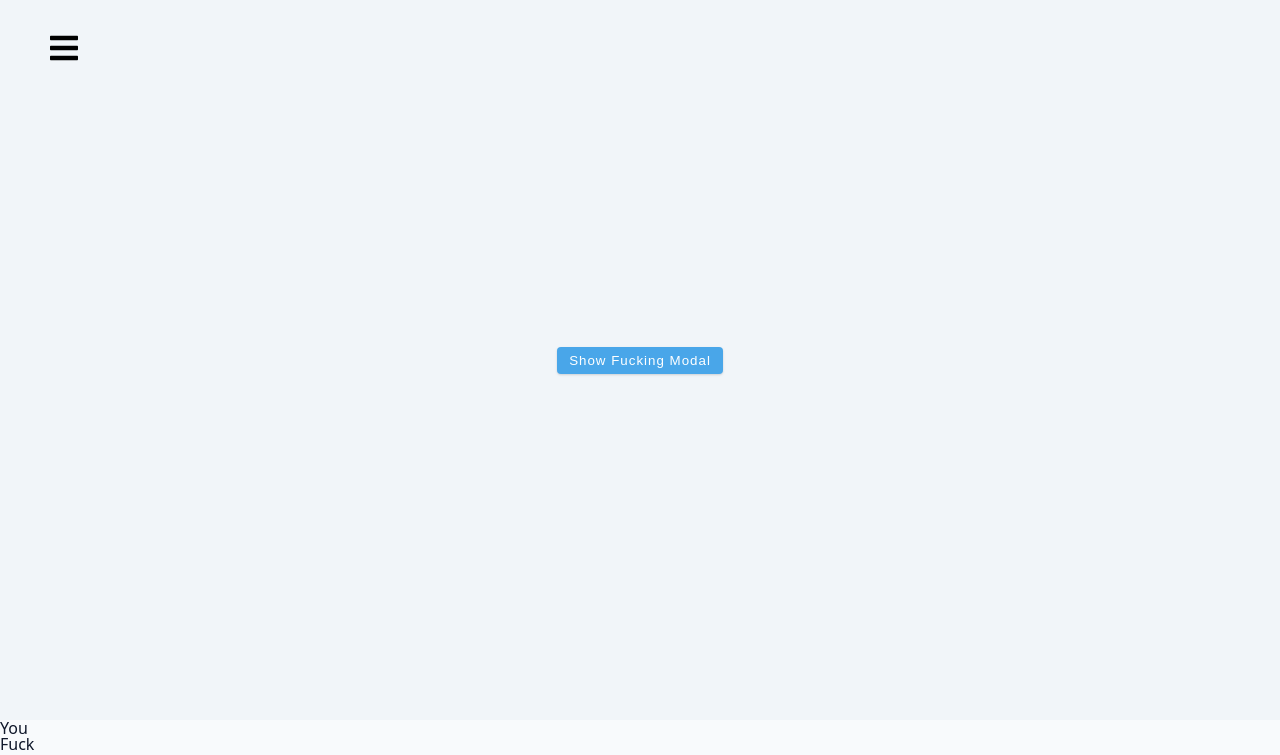
Repository: Maryie-B/React-Practice-Projects
Page: / (app in Sidebar/)
These files come from the project's save history. The page is drawn as it stood at one moment and after the next save; the edit follows.
The browser window is 1280 px wide. The pictures show the whole page.
The project was rebuilt for these pictures with package versions that can differ from the ones it lists, and the page was loaded fresh each time. Also part of the build but not shown: Sidebar/vite.config.js.

Above is the page before, as saved 2023-06-13 10:59:03.

### Sidebar/src/main.jsx
import React from 'react';
import ReactDOM from 'react-dom/client';
import App from './App';
import './index.css';
import { AppProvider } from './Context';

ReactDOM.createRoot(document.getElementById('root')).render(
  <React.StrictMode>
    <AppProvider>
      <App />
    </AppProvider>
  </React.StrictMode>
);

### Sidebar/src/App.jsx
import Home from "./Home";
import Sidebar from "./Sidebar";
import Modal from "./Modal";

const App = () => {
  return <>
    <Home />
    <Sidebar />
    <Modal />
  </>;
};
export default App;

### Sidebar/src/index.css
/* ============= GLOBAL CSS =============== */

*,
::after,
::before {
  margin: 0;
  padding: 0;
  box-sizing: border-box;
}

html {
  font-size: 100%;
} /*16px*/

:root {
  /* colors */
  --primary-100: #c5e5fc;
  --primary-200: #a5d5f8;
  --primary-300: #8bcbf9;
  --primary-400: #6ebef7;
  --primary-500: #49a6e9;
  --primary-600: #2d87c8;
  --primary-700: #1a6aa2;
  --primary-800: #104e7a;
  --primary-900: #063251;

  /* grey */
  --grey-50: #f8fafc;
  --grey-100: #f1f5f9;
  --grey-200: #e2e8f0;
  --grey-300: #cbd5e1;
  --grey-400: #94a3b8;
  --grey-500: #64748b;
  --grey-600: #475569;
  --grey-700: #334155;
  --grey-800: #1e293b;
  --grey-900: #0f172a;
  /* rest of the colors */
  --black: #222;
  --white: #fff;
  --red-light: #f8d7da;
  --red-dark: #842029;
  --green-light: #d1e7dd;
  --green-dark: #0f5132;

  --small-text: 0.875rem;
  --extra-small-text: 0.7em;
  /* rest of the vars */
  --backgroundColor: var(--grey-50);
  --textColor: var(--grey-900);
  --borderRadius: 0.25rem;
  --letterSpacing: 1px;
  --transition: 0.3s ease-in-out all;
  --max-width: 1120px;
  --fixed-width: 600px;

  /* box shadow*/
  --shadow-1: 0 1px 3px 0 rgba(0, 0, 0, 0.1), 0 1px 2px 0 rgba(0, 0, 0, 0.06);
  --shadow-2: 0 4px 6px -1px rgba(0, 0, 0, 0.1),
    0 2px 4px -1px rgba(0, 0, 0, 0.06);
  --shadow-3: 0 10px 15px -3px rgba(0, 0, 0, 0.1),
    0 4px 6px -2px rgba(0, 0, 0, 0.05);
  --shadow-4: 0 20px 25px -5px rgba(0, 0, 0, 0.1),
    0 10px 10px -5px rgba(0, 0, 0, 0.04);
}

body {
  background: var(--backgroundColor);
  font-family: system-ui, -apple-system, BlinkMacSystemFont, 'Segoe UI', Roboto,
    Oxygen, Ubuntu, Cantarell, 'Open Sans', 'Helvetica Neue', sans-serif;
  font-weight: 400;
  line-height: 1;
  color: var(--textColor);
}
p {
  margin: 0;
}
h1,
h2,
h3,
h4,
h5 {
  margin: 0;
  font-family: var(--headingFont);
  font-weight: 400;
  line-height: 1;
  text-transform: capitalize;
  letter-spacing: var(--letterSpacing);
}

h1 {
  font-size: 3.052rem;
}

h2 {
  font-size: 2.441rem;
}

h3 {
  font-size: 1.953rem;
}

h4 {
  font-size: 1.563rem;
}

h5 {
  font-size: 1.25rem;
}

.text {
  margin-bottom: 1.5rem;
  max-width: 40em;
}

small,
.text-small {
  font-size: var(--small-text);
}

a {
  text-decoration: none;
}
ul {
  list-style-type: none;
  padding: 0;
}

.img {
  width: 100%;
  display: block;
  object-fit: cover;
}
/* buttons */

.btn {
  cursor: pointer;
  color: var(--white);
  background: var(--primary-500);
  border: transparent;
  border-radius: var(--borderRadius);
  letter-spacing: var(--letterSpacing);
  padding: 0.375rem 0.75rem;
  box-shadow: var(--shadow-1);
  transition: var(--transition);
  text-transform: capitalize;
  display: inline-block;
}
.btn:hover {
  background: var(--primary-700);
  box-shadow: var(--shadow-3);
}
.btn-hipster {
  color: var(--primary-500);
  background: var(--primary-200);
}
.btn-hipster:hover {
  color: var(--primary-200);
  background: var(--primary-700);
}
.btn-block {
  width: 100%;
}

/* alerts */
.alert {
  padding: 0.375rem 0.75rem;
  margin-bottom: 1rem;
  border-color: transparent;
  border-radius: var(--borderRadius);
}

.alert-danger {
  color: var(--red-dark);
  background: var(--red-light);
}
.alert-success {
  color: var(--green-dark);
  background: var(--green-light);
}
/* form */

.form {
  width: 90vw;
  max-width: var(--fixed-width);
  background: var(--white);
  border-radius: var(--borderRadius);
  box-shadow: var(--shadow-2);
  padding: 2rem 2.5rem;
  margin: 3rem auto;
}
.form-label {
  display: block;
  font-size: var(--small-text);
  margin-bottom: 0.5rem;
  text-transform: capitalize;
  letter-spacing: var(--letterSpacing);
}
.form-input,
.form-textarea {
  width: 100%;
  padding: 0.375rem 0.75rem;
  border-radius: var(--borderRadius);
  background: var(--backgroundColor);
  border: 1px solid var(--grey-200);
}

.form-row {
  margin-bottom: 1rem;
}

.form-textarea {
  height: 7rem;
}
::placeholder {
  font-family: inherit;
  color: var(--grey-400);
}
.form-alert {
  color: var(--red-dark);
  letter-spacing: var(--letterSpacing);
  text-transform: capitalize;
}
/* alert */

@keyframes spinner {
  to {
    transform: rotate(360deg);
  }
}

.loading {
  width: 6rem;
  height: 6rem;
  border: 5px solid var(--grey-400);
  border-radius: 50%;
  border-top-color: var(--primary-500);
  animation: spinner 0.6s linear infinite;
  margin: 0 auto;
}

/* title */

.title {
  text-align: center;
}

.title-underline {
  background: var(--primary-500);
  width: 7rem;
  height: 0.25rem;
  margin: 0 auto;
  margin-top: 1rem;
}
/*
===============
Project CSS
===============
*/

main {
  min-height: 100vh;
  display: flex;
  justify-content: center;
  align-items: center;
  background: var(--grey-100);
}

.sidebar-toggle {
  position: fixed;
  top: 2rem;
  left: 3rem;
  font-size: 2rem;
  background: transparent;
  border: transparent;
}

### Sidebar/src/Context.jsx
import { createContext, useState, useContext} from "react";

const AppContext = createContext();

export const AppProvider = ({children}) => {
    const [isSidebarOpen, setIsSidebarOpen] = useState(false);
    const [isModalOpen, setIsModalOpen] = useState(false);

    const openSidebar = () => {
        setIsSidebarOpen(true);
    };
    const closeSidebar = () => {
        setIsSidebarOpen(false);
    };
    const openModal = () => {
        setIsModalOpen(true);
    };
    const closeModal = () => {
        setIsModalOpen(false);
    };

    return (
        <AppContext.Provider value={{isSidebarOpen, isModalOpen, openSidebar, openModal, closeSidebar, closeModal}}>
            {children}
        </AppContext.Provider>
    );
};

export const useGlobalContext = () => {
    return useContext(AppContext);
};

### Sidebar/src/Home.jsx
import React from 'react'
import { useGlobalContext } from './Context'
import { FaBars} from 'react-icons/fa';

const Home = () => {
    const { openSidebar, openModal } = useGlobalContext();
    console.log(openSidebar);
  return (
    <main>
      <button className="sidebar-toggle" onClick={openSidebar}>
        <FaBars />
      </button>
      <button className="btn"onClick={openModal}>
        Show Fucking Modal
      </button>
    </main>
  )
}

export default Home

### Sidebar/src/Sidebar.jsx
import React from 'react'

const Sidebar = () => {
  return (
    <div>
      You
    </div>
  )
}

export default Sidebar

### Sidebar/src/Modal.jsx
import React from 'react'

const Modal = () => {
  return (
    <div>
      Fuck
    </div>
  )
}

export default Modal

Loaded but not shown: Sidebar/index.html (common file)

After the next save:
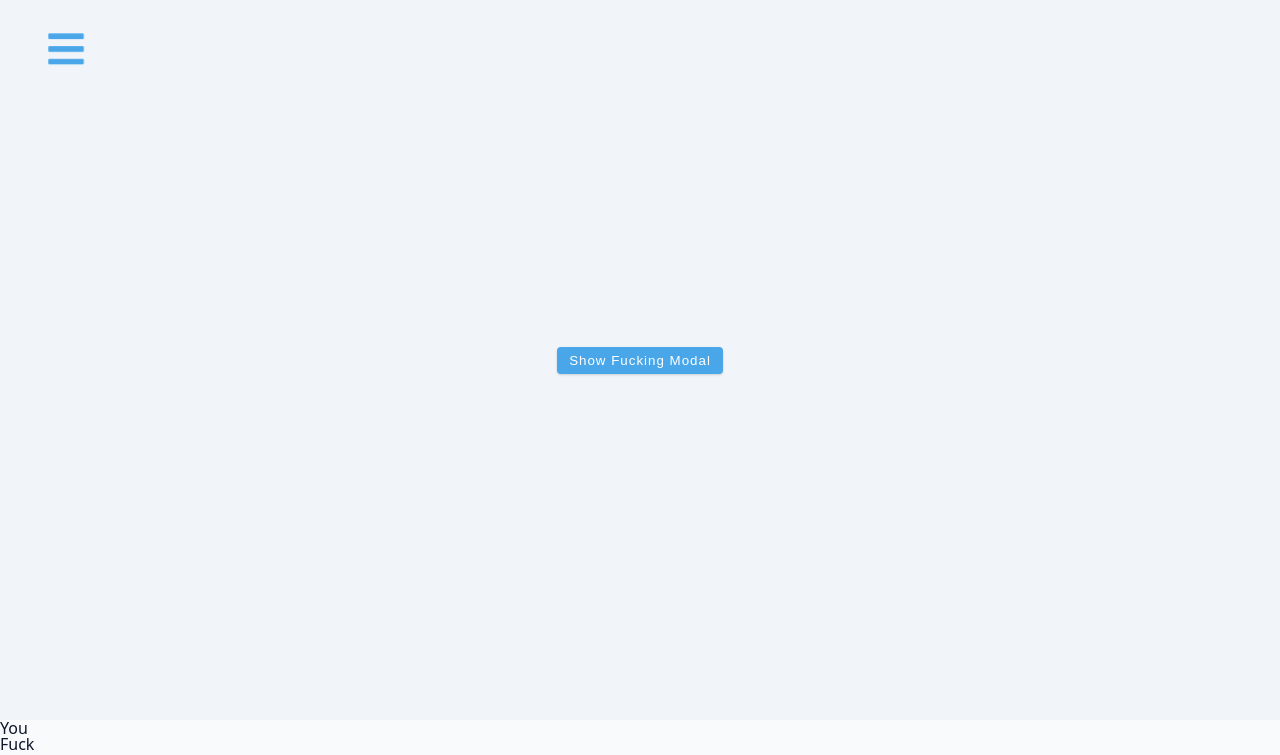
Saved 2 min 50 s later.
--- a/Sidebar/src/index.css
+++ b/Sidebar/src/index.css
@@ -272,5 +272,20 @@
   left: 3rem;
   font-size: 2rem;
   background: transparent;
-  border: transparent;
-}
+  border-color: transparent;
+  color: var(--primary-500);
+  cursor: pointer;
+  animation: bounce 2s ease-in-out infinite;
+}
+
+@keyframes bounce {
+  0% {
+    transform: scale(1);
+  }
+  50% {
+    transform: scale(1.5);
+  }
+  100% {
+    transform: scale(1);
+  }
+}
